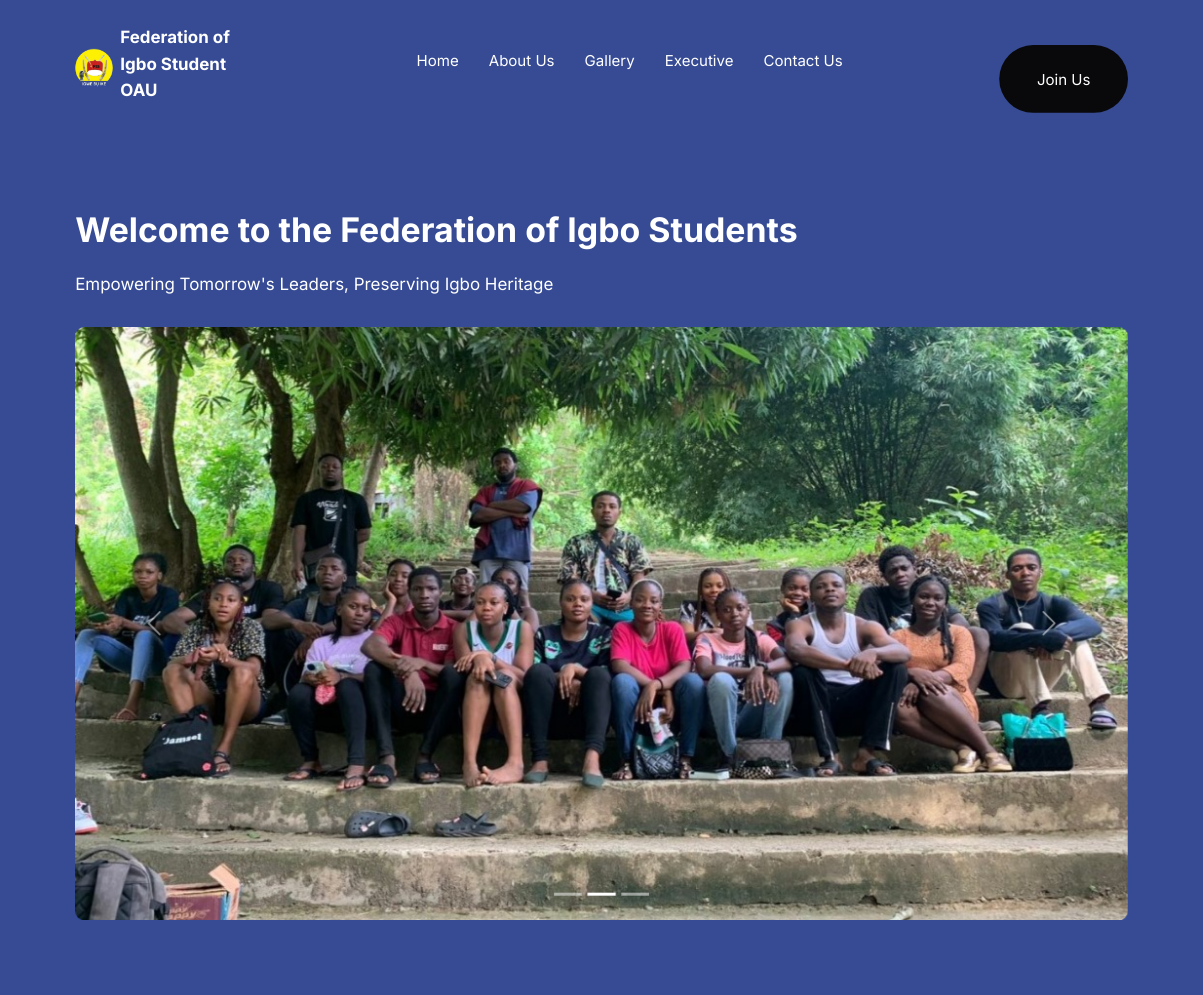
Repository: akinolapo/fis
Page: /
These files come from the project's save history. The page is drawn as it stood at one moment and after the next save; the edit follows.
The browser window is 1280 px wide. The pictures show the whole page, at 94% of full size.
The project was rebuilt for these pictures with package versions that can differ from the ones it lists, and the page was loaded fresh each time. The framework's server and built-in components were replaced by stand-ins that run in the browser. Also part of the build but not shown: next.config.mjs.

Above is the page before, as saved 2024-05-05 15:34:24.

After the next save:
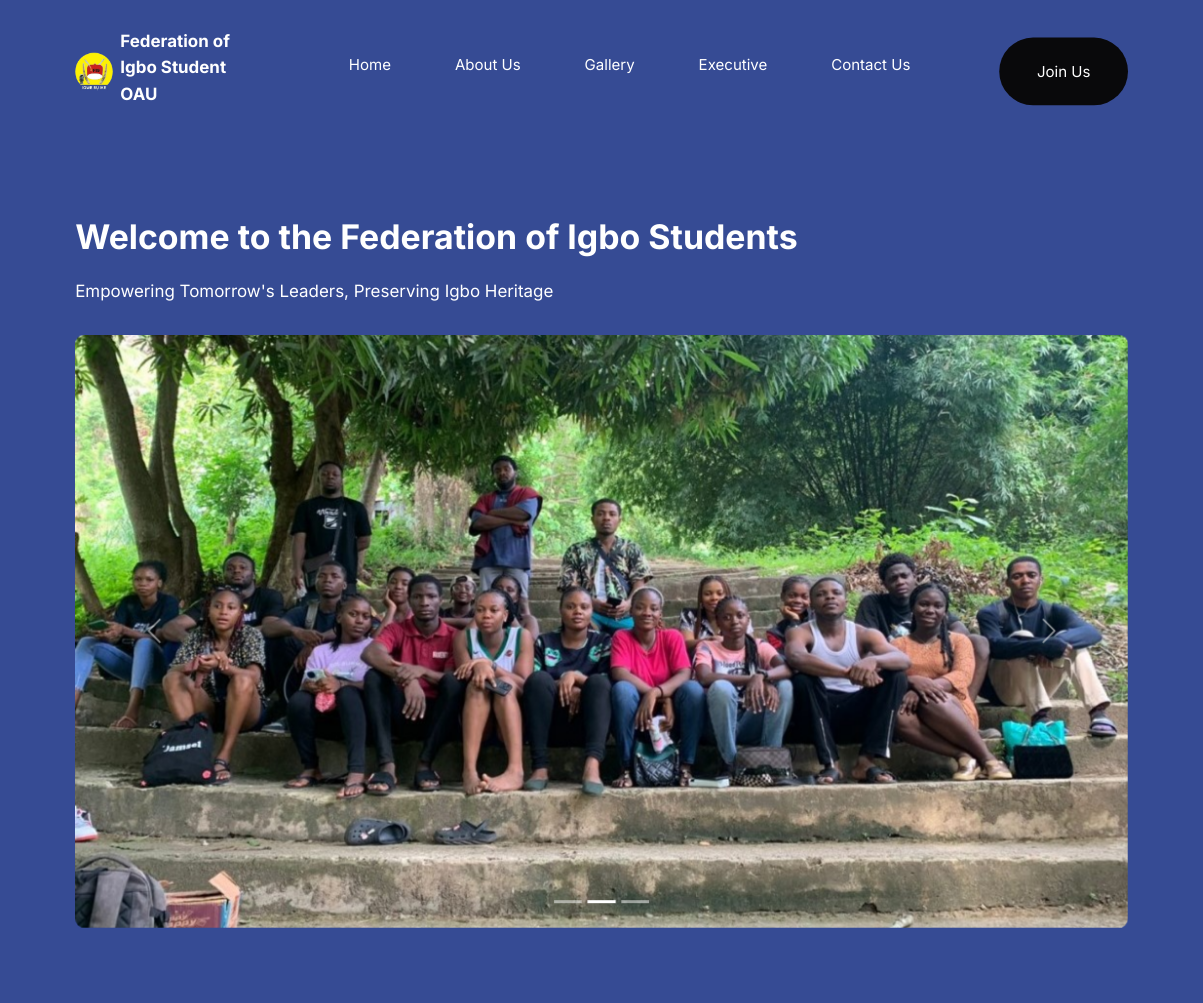
Saved 52 s later.
--- a/app/components/Header/Header.tsx
+++ b/app/components/Header/Header.tsx
@@ -1,59 +1,26 @@
-'use client'
-
-import { useState } from 'react';
 
 const Header = () => {
-  const [menuOpen, setMenuOpen] = useState(false);
-
   return (
-    <header className="lg:flex lg:justify-between lg:items-center py-4 text-white">
+    <header className="flex justify-between items-center py-4 text-white">
       {/* Logo and Site Title */}
       <div className="flex items-center">
         <img src="/logo.png" alt="Logo" className="w-10 h-10 mr-2" />
-        <h1 className="text-lg font-bold">Federation of <br />Igbo Student<br /> OAU</h1>
+        <h1 className="text-lg font-bold">Federation of <br></br>Igbo Student<br></br> OAU</h1>
       </div>
 
-      {/* Hamburger Menu for smaller screens */}
-      <div className="block lg:hidden">
-        <button
-          onClick={() => setMenuOpen(!menuOpen)}
-          className="text-white hover:text-gray-400 focus:outline-none"
-        >
-          <svg
-            className="w-6 h-6 fill-current"
-            xmlns="http://www.w3.org/2000/svg"
-            viewBox="0 0 24 24"
-          >
-            {menuOpen ? (
-              <path
-                fillRule="evenodd"
-                clipRule="evenodd"
-                d="M3 6h18v2H3V6zm0 7h18v-2H3v2zm0 7h18v-2H3v2z"
-              />
-            ) : (
-              <path
-                fillRule="evenodd"
-                clipRule="evenodd"
-                d="M4 6h16v2H4V6zm0 5h16v2H4v-2zm0 5h16v2H4v-2z"
-              />
-            )}
-          </svg>
-        </button>
-      </div>
-
-      {/* Menu for LG screens */}
-      <nav className={`lg:flex lg:justify-center lg:flex-grow ${menuOpen ? 'block' : 'hidden'}`}>
-        <ul className="lg:flex gap-8">
-          <li className="cursor-pointer hover:text-gray-400">Home</li>
-          <li className="cursor-pointer hover:text-gray-400">About Us</li>
-          <li className="cursor-pointer hover:text-gray-400">Gallery</li>
-          <li className="cursor-pointer hover:text-gray-400">Executive</li>
-          <li className="cursor-pointer hover:text-gray-400">Contact Us</li>
+      {/* Menu */}
+      <nav className="flex justify-center flex-grow">
+        <ul className="flex gap-1">
+          <li className="cursor-pointer hover:text-gray-400 p-8">Home</li>
+          <li className="cursor-pointer hover:text-gray-400 p-8">About Us</li>
+          <li className="cursor-pointer hover:text-gray-400 p-8">Gallery</li>
+          <li className="cursor-pointer hover:text-gray-400 p-8">Executive</li>
+          <li className="cursor-pointer hover:text-gray-400 p-8">Contact Us</li>
         </ul>
       </nav>
 
       {/* Join Us Button */}
-      <button className="lg:ml-0 mt-4 lg:mt-0 rounded-full py-4 px-10 bg-zinc-950 hover:bg-black text-white">
+      <button className="rounded-full py-4 px-10 bg-zinc-950 hover:bg-black text-white">
         Join Us
       </button>
     </header>
